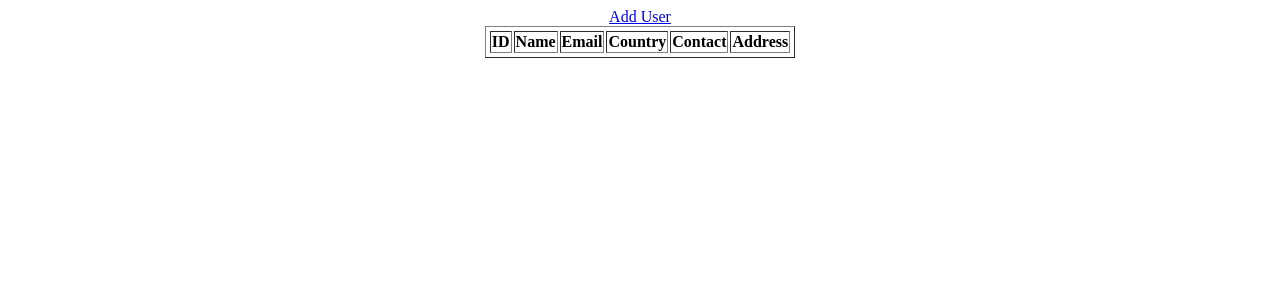
Repository: touhid-jisan/jsp-jdbc-servlet
Page: http://localhost/crud-full-practice/home.jsp
The author's editor kept a copy of each file at every save. The page is drawn from the files as they stood at one save, then again after a run of saves.
The browser window is 1280 px wide. The pictures show the whole page.
The page is served by Tomcat 9. Queries for data that is not in the repository find no rows.

Above is the page before, as saved 2019-12-29 09:40:48.

After the next 2 saves:
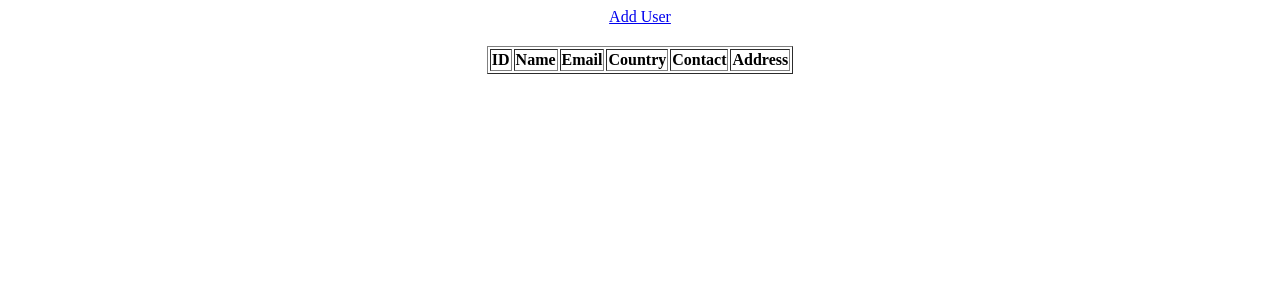
The 2 saves are shown as one change because they came seconds apart.
The last was saved 17 s later.
--- a/crud-full-practice/WebContent/home.jsp
+++ b/crud-full-practice/WebContent/home.jsp
@@ -19,7 +19,7 @@
 
 	</div>
 	<div align="center">
-	<table border="1px" style="padding: 2px" >
+	<table border="1px" style="margin: 20px" >
 		<tr>
 			<th>ID</th>
 			<th>Name</th>
